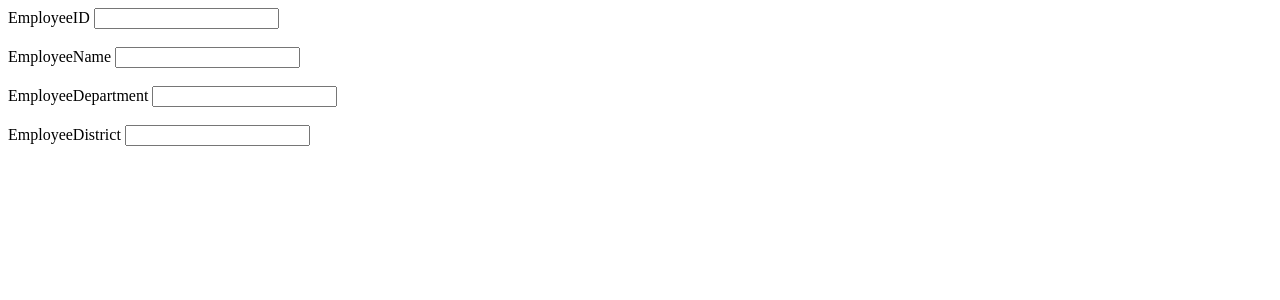
Repository: tamilnila96/Servlet
Page: http://localhost/EmployeeDetails/Employee.jsp
These files come from the project's save history. The page is drawn as it stood at one moment and after the next save; the edit follows.
The browser window is 1280 px wide. The pictures show the whole page.
The page is served by Tomcat 9.

Above is the page before, as saved 2025-05-12 09:24:24.

After the next save:
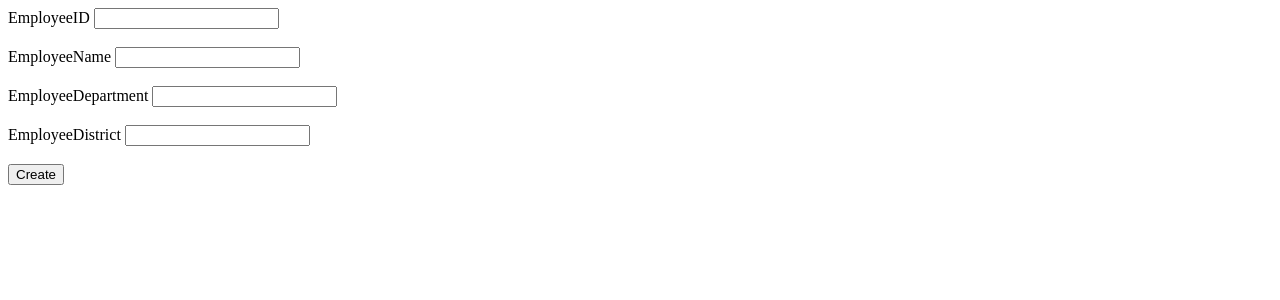
Saved 2 min 45 s later.
--- a/EmployeeDetails/WebContent/Employee.jsp
+++ b/EmployeeDetails/WebContent/Employee.jsp
@@ -24,6 +24,10 @@
 <label>EmployeeDistrict</label>
 <input type ="text" id = "EmployeeDistrict" name = "EmployeeDistrict"></br>
 </div></br>
+<div>
+<input type ="button" value = "Create">
+</div>
+
 
 
 </form>
